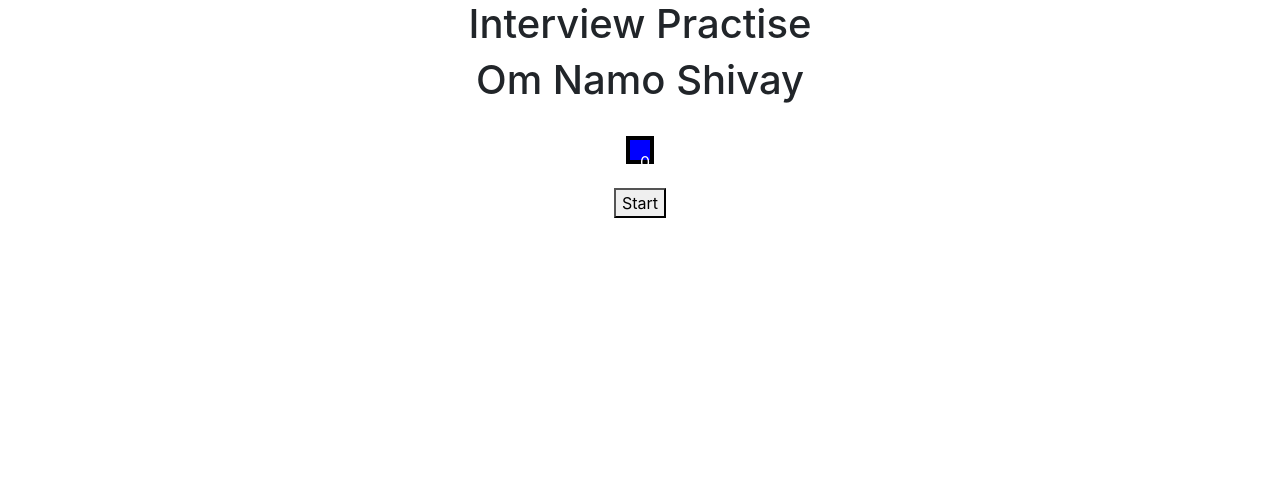
Repository: punitbathija/Machine-Round-React
Page: /
An editor plug-in stored every save of this project. The page is shown before and after the next save, followed by the edit.
The browser window is 1280 px wide. The pictures show the whole page.
The project was rebuilt for these pictures with package versions that can differ from the ones it lists, and the page was loaded fresh each time. Also part of the build but not shown: src/components/counter.jsx.

Above is the page before, as saved 2023-06-01 12:38:38.

After the next save:
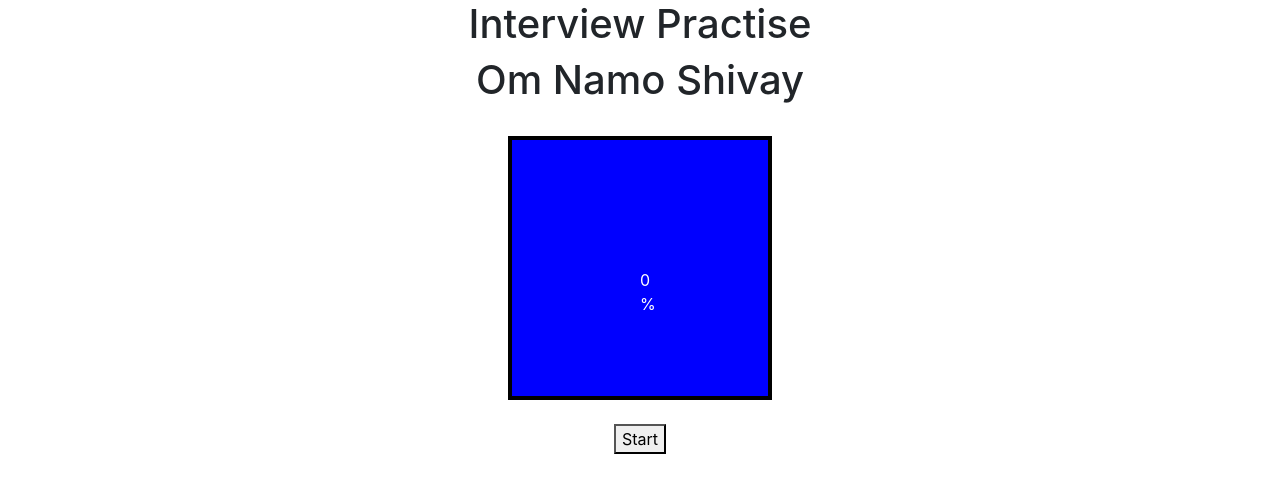
Saved 12 s later.
--- a/src/components/ProgressBar.js
+++ b/src/components/ProgressBar.js
@@ -33,7 +33,7 @@ const ProgressBar = () => {
           color: "white",
           transition: "ease",
           border: "4px solid black",
-          padding: "10px",
+          padding: "10%",
         }}
       >
         {progress} %
